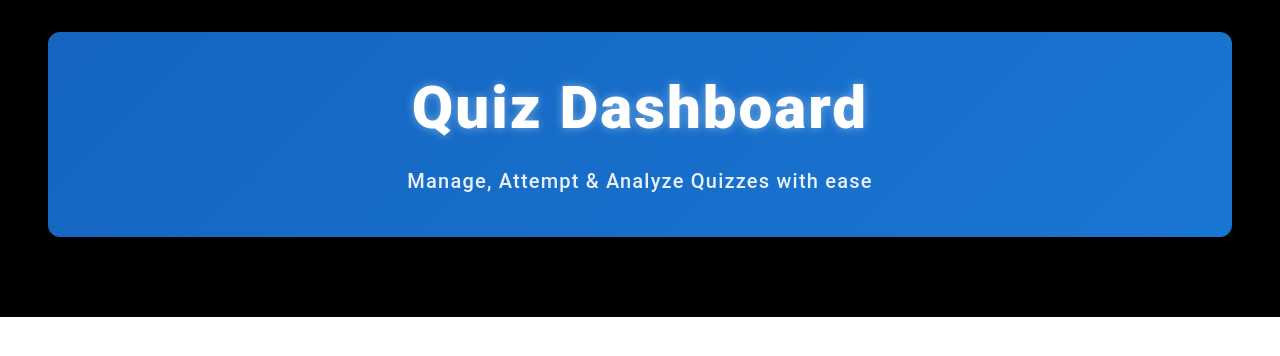
Repository: lalit9168/quizApp
Page: /quizdash (app in frontend/)
The author's editor kept a copy of each file at every save. The page is drawn from the files as they stood at one save, then again after a run of saves.
The browser window is 1280 px wide. The pictures show the whole page.
The page's requests for data from a server got no answer. The project was rebuilt for these pictures with package versions that can differ from the ones it lists, and the page was loaded fresh each time. No one was signed in, and anything a server would have sent is missing. Also part of the build but not shown: frontend/vite.config.js, frontend/src/index.css, frontend/src/Components/Login/Login.jsx, frontend/src/Components/Home/Home.jsx, frontend/src/Components/PrivateRoute.jsx, frontend/src/Components/api.js, frontend/src/Components/Quiz/QuizPage.jsx, frontend/src/Components/Quiz/AttemptQuiz.jsx and 9 more.

Above is the page before, as saved 2025-06-09 10:59:53.

After the next 2 saves:
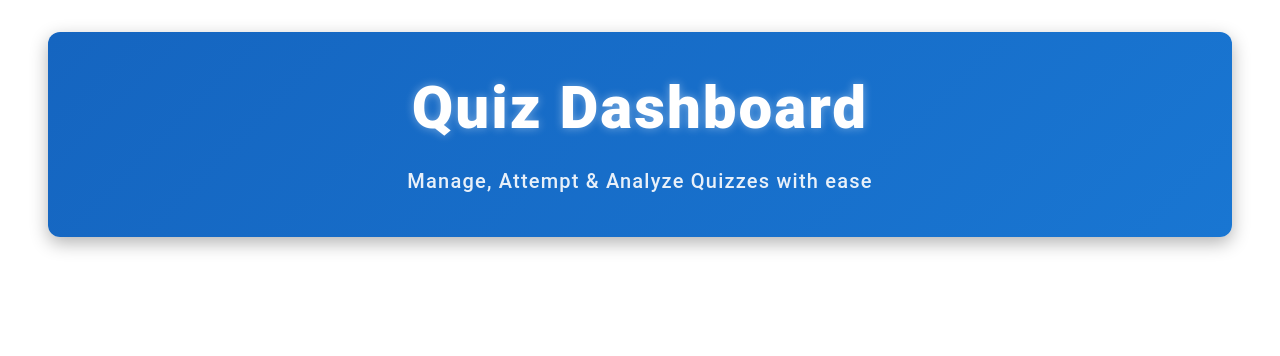
The 2 saves are shown as one change because they came seconds apart.
The last was saved 14 s later.
--- a/frontend/src/Components/Quiz/QuizDash.jsx
+++ b/frontend/src/Components/Quiz/QuizDash.jsx
@@ -143,7 +143,7 @@ function QuizDash() {
   }, []);
 
   return (
-    <Box sx={{ px: isMobile ? 2 : 6, py: 4, background: "black" }}>
+    <Box sx={{ px: isMobile ? 2 : 6, py: 4 }}>
       {/* Hero Section */}
       <Box
         sx={{
